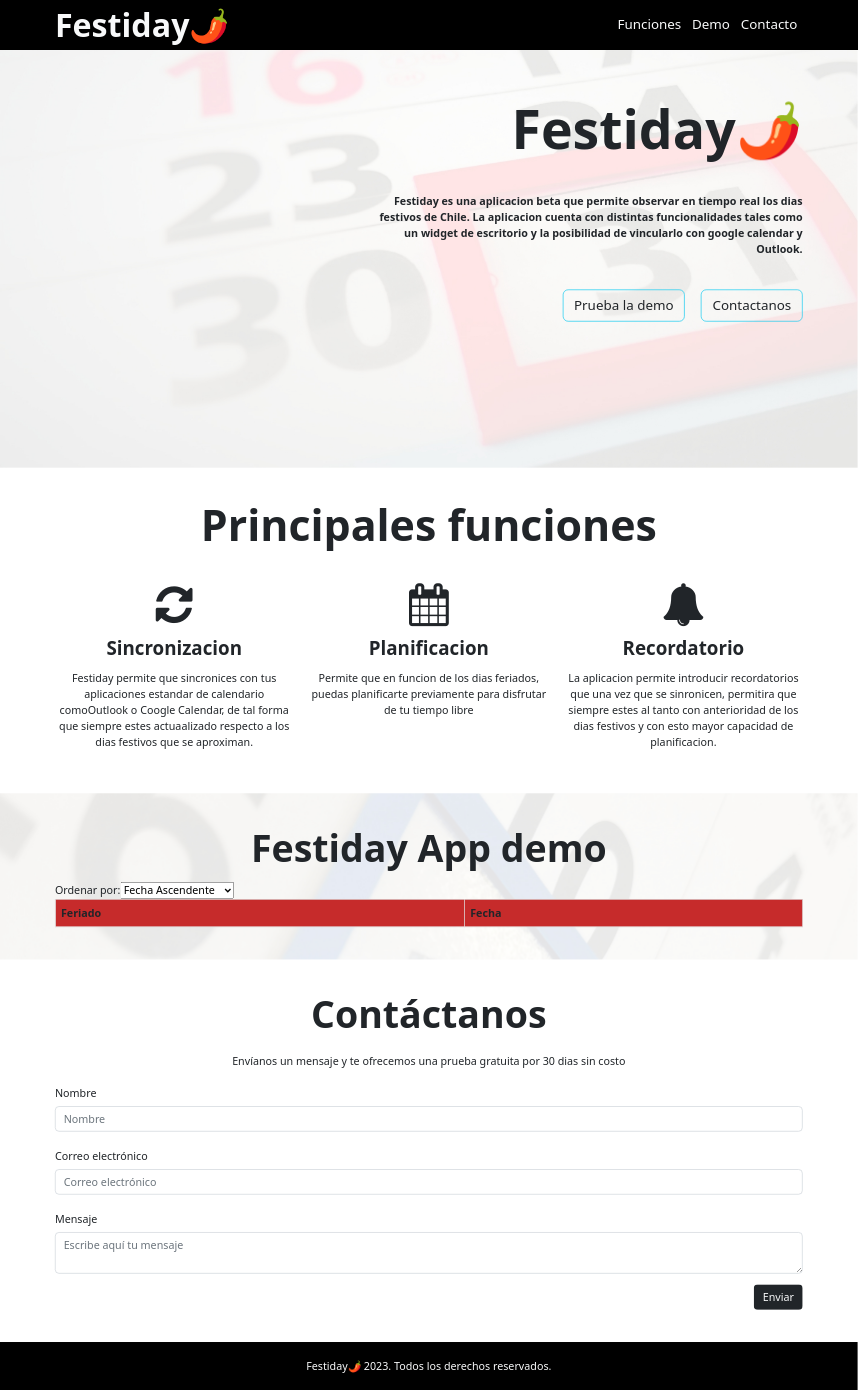
Repository: cvalenciapatagonia/Desafio-4-React-I
Page: /
An editor plug-in stored every save of this project. The page is shown before and after the next save, followed by the edit.
The browser window is 1280 px wide. The page is 1280 px wide, then 1292 px, then 1280 px, so the pictures cover 1292 px, including what lies to the right of the window. The pictures show the whole page, at 67% of full size.
The page's requests for data from a server got no answer. The project was rebuilt for these pictures with package versions that can differ from the ones it lists, and the page was loaded fresh each time. No one was signed in, and anything a server would have sent is missing. Also part of the build but not shown: vite.config.js, src/App.css.

Above is the page before, as saved 2023-09-08 16:26:37.

After the next save:
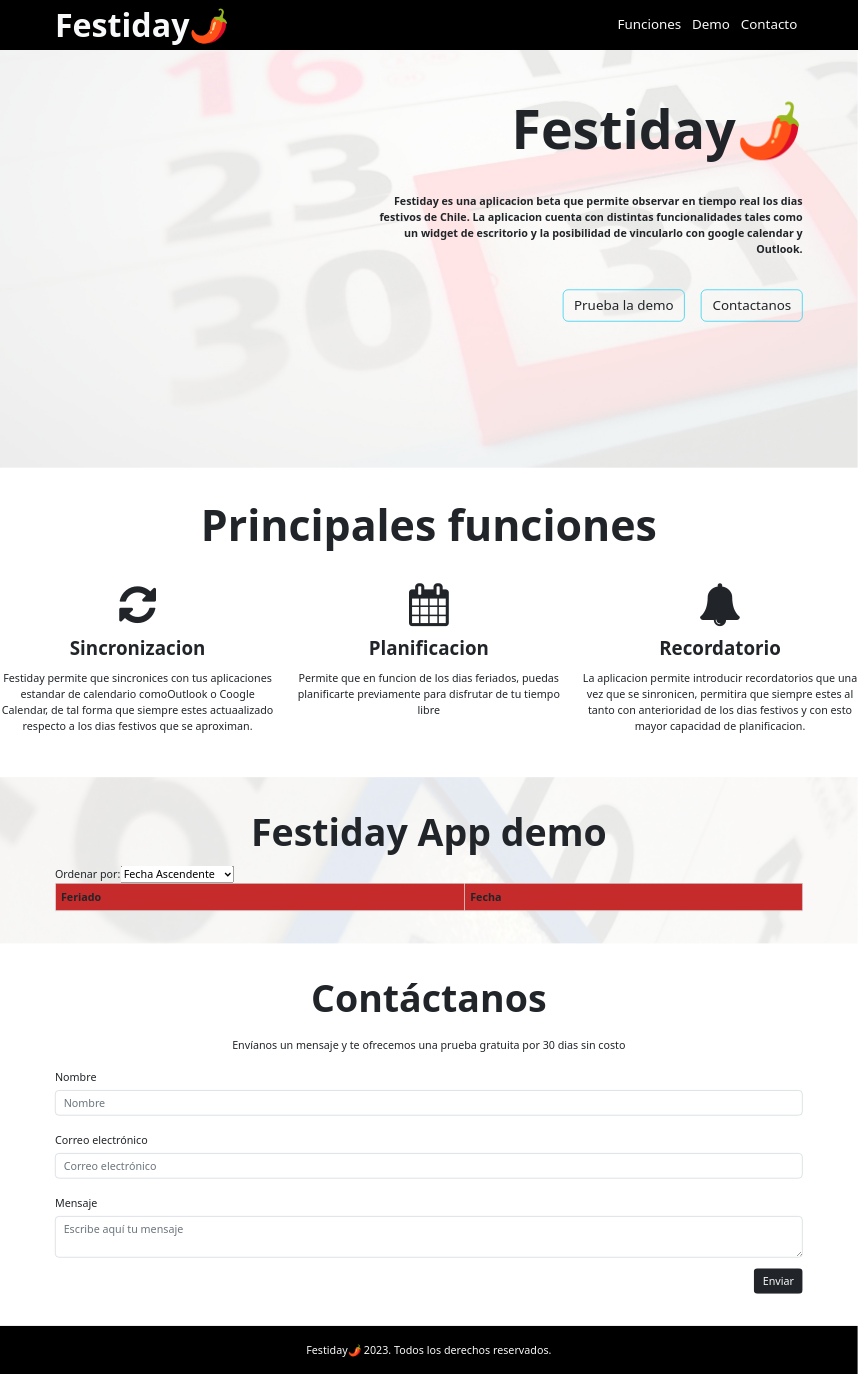
Saved 58 s later.
--- a/src/App.jsx
+++ b/src/App.jsx
@@ -91,7 +91,7 @@
       </section>
 
       {/* FUNCIONES */}
-      <section id="Function-container" className="container text-center my-5">
+      <section id="Function-container" className=" text-center my-5">
         <div className="description-container">
         <h2 className="display-3 fw-bold my-4 mb-5">Principales funciones</h2>
 

After the save that followed:
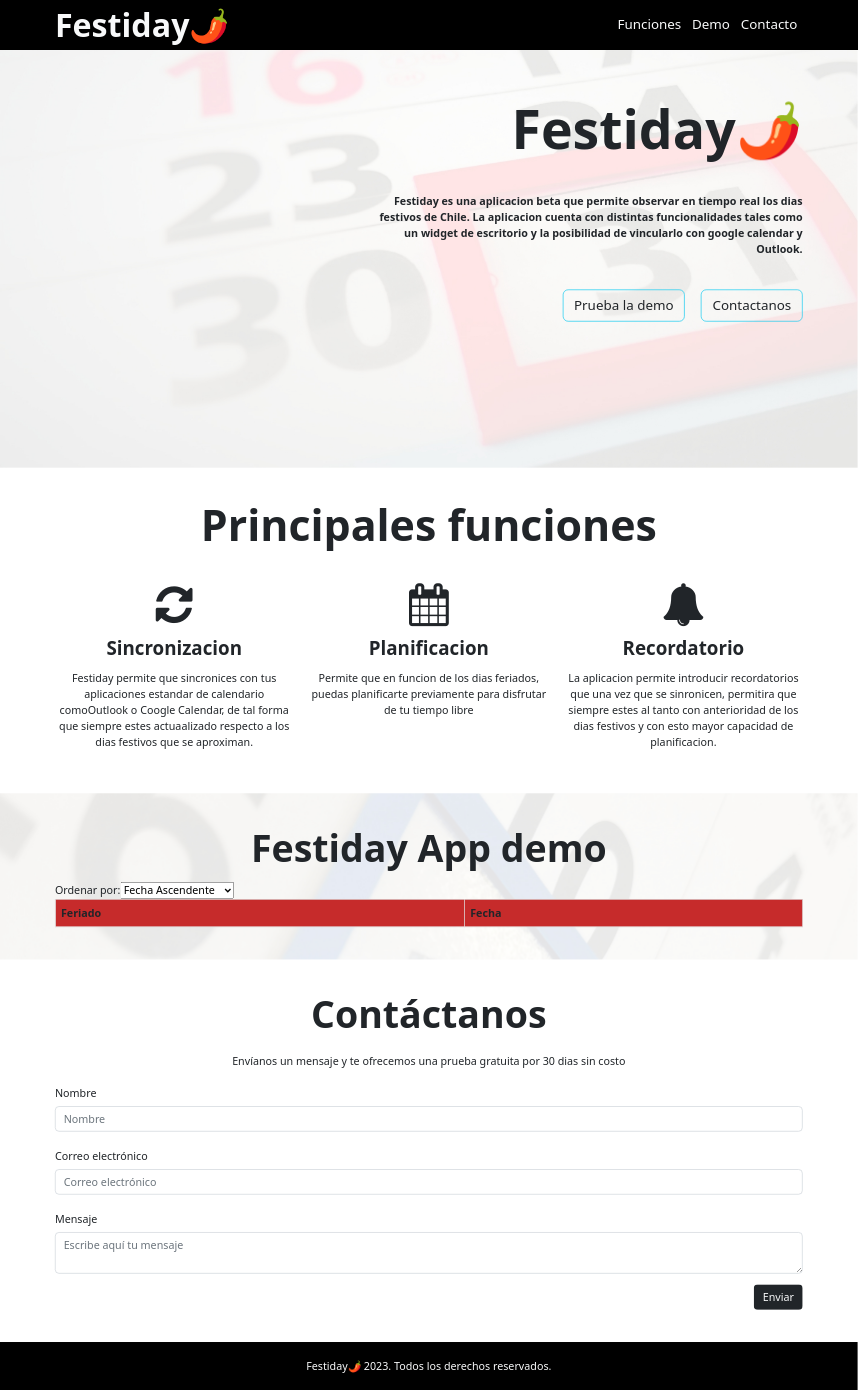
Saved 15 s later.
--- a/src/App.jsx
+++ b/src/App.jsx
@@ -91,8 +91,8 @@
       </section>
 
       {/* FUNCIONES */}
-      <section id="Function-container" className=" text-center my-5">
-        <div className="description-container">
+      <section id="Function-container" className="">
+        <div className="description-container container text-center my-5">
         <h2 className="display-3 fw-bold my-4 mb-5">Principales funciones</h2>
 
         <div className="row">
